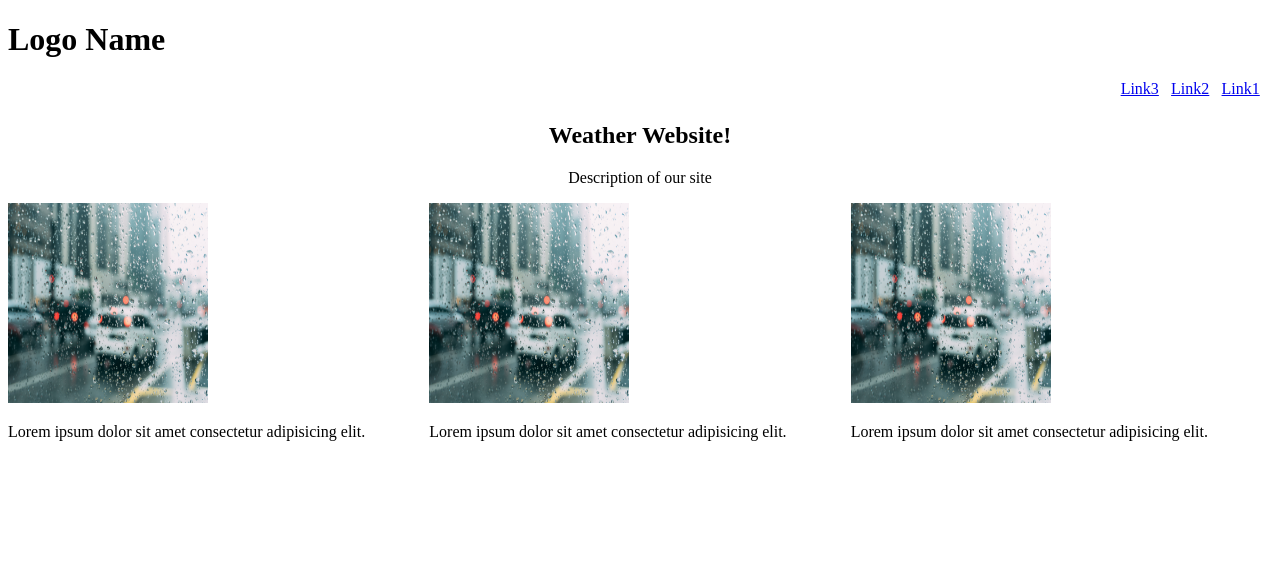
Repository: aaron1986/Breakout2_group_code
Page: index.html
These files come from the project's save history. The page is drawn as it stood at one moment and after the next save; the edit follows.
The browser window is 1280 px wide. The pictures show the whole page.

Above is the page before, as saved 2023-09-13 09:30:22.

After the next save:
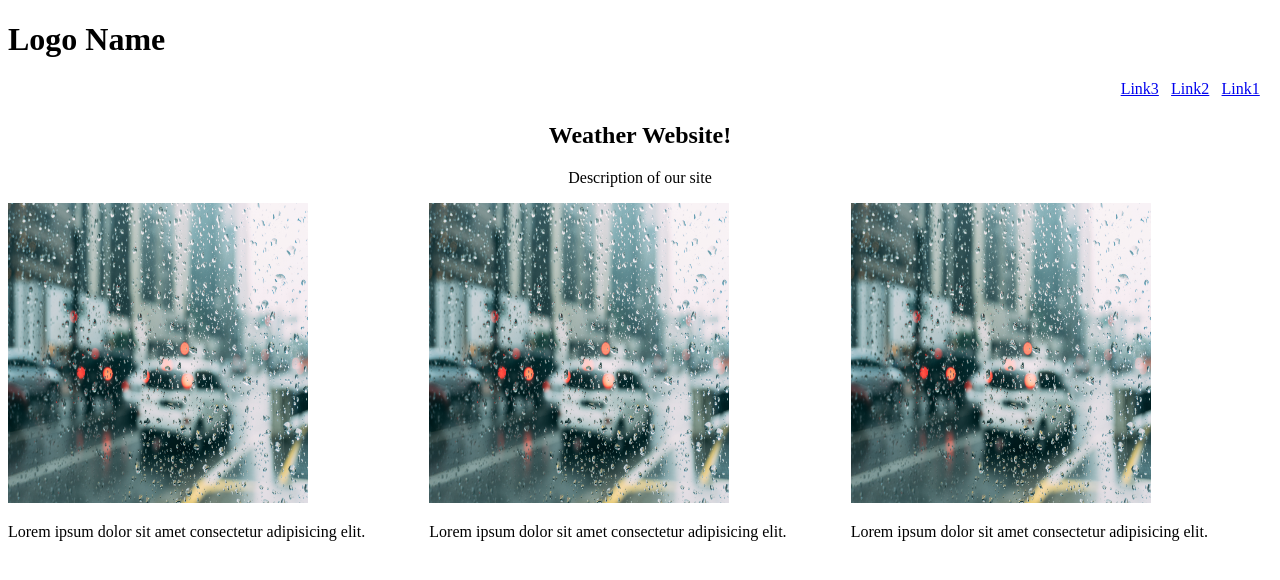
Saved 16 s later.
--- a/style.css
+++ b/style.css
@@ -27,6 +27,6 @@ h2 {
 
 img {
 
-    width: 200px;
-    height: 200px;
+    width: 300px;
+    height: 300px;
 }
